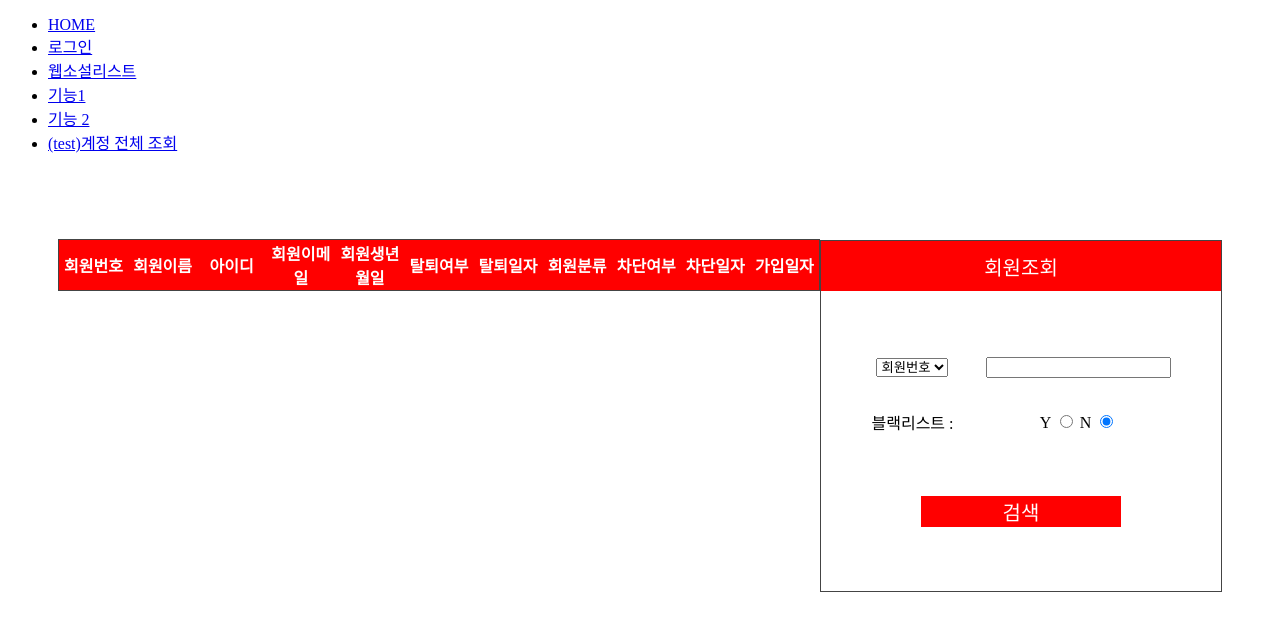
Repository: hoony0203/firstbook
Page: http://localhost/first_book/WEB-INF/views/admin/memberList.jsp
These files come from the project's save history. The page is drawn as it stood at one moment and after a run of saves; the edit follows.
The browser window is 1280 px wide. The pictures show the whole page.
The page is served by Tomcat 9. Nobody is signed in. Other server files are loaded and not shown. The template is opened directly, without the code that normally fills it, so the values that code supplies are empty.

Above is the page before, as saved 2021-04-10 07:26:32.

### first_book/web/WEB-INF/views/admin/memberList.jsp
<%@ page language="java" contentType="text/html; charset=UTF-8"
    pageEncoding="UTF-8"%>
<%@ taglib prefix="c" uri="http://java.sun.com/jsp/jstl/core" %>
<!DOCTYPE html>
<html>
<head>
<meta charset="UTF-8">
<title>Insert title here</title>
</head>

<link rel="stylesheet" href="/firstbook/resources/css/admin/memList.css">

<body>
	<jsp:include page="../common/header.jsp"></jsp:include>

	<aside>

		<div id="memSearchFormHead" class="inbox"> 회원조회 </div>

		<div id="memSearchFormBody" class="inbox">
		<form action="${ pageContext.servletContext.contextPath }/admin/search" method="get">

			<table class="memSearchTable">

					<c:choose>

						<c:when test="${ !empty requestScope.memSearchValue }">
							<tr>
								<td>

									<select id="memSearchCondition" name="memSearchCondition">

									<option value="memNum" <c:if test="${requestScope.memSearchCondition eq 'memNum' }">selected</c:if>>회원번호</option>
									<option value="name" <c:if test="${requestScope.memSearchCondition eq 'name' }">selected</c:if>>이름</option>
									<option value="email" <c:if test="${requestScope.memSearchCondition eq 'email' }">selected</c:if>>이메일</option>
									<option value="birthDate" <c:if test="${requestScope.memSearchCondition eq 'birthDate' }">selected</c:if> >생년월일</option>
									<option value="enrollDate" <c:if test="${requestScope.memSearchCondition eq 'enrollDate' }">selected</c:if> >가입일시</option>

									</select>
								</td>

								<td> <input type="search" id="memSearchValue" name="memSearchValue" value="${requestScope.memSearchValue}"></td>
							</tr>

							<tr>
								<td> <label>블랙리스트 : </label>  </td>
								<td>

								<label>Y </label><input type="radio" name="blockCheck">
								<label>N </label><input type="radio" name="blockCheck" checked="checked">

								</td>
							</tr>
							<tr></tr>


						</c:when>

						<c:otherwise>
							<tr>
								<td>
									<select id="memSearchCondition" name="memSearchCondition">

									<option value="memNum">회원번호</option>
									<option value="name">이름</option>
									<option value="email">이메일</option>
									<option value="birthDate">생년월일</option>
									<option value="enrollDate">가입일자</option>

									</select>
								</td>

								<td> <input type="search" id="memSearchValue" name="memSearchValue"></td>
							</tr>

							<tr>
								<td> <label>블랙리스트 : </label>  </td>
								<td>

								<label>Y </label><input type="radio" name="blockCheck">
								<label>N </label><input type="radio" name="blockCheck" checked="checked">

								</td>
							</tr>
							<tr></tr>
						</c:otherwise>

					</c:choose>




				<tfoot>
				<tr>
					<td colspan="2"> <button type="submit" class="btn">검색</button> </td>

				</tr>
				</tfoot>

			</table>

		</form>
		</div>


	</aside>


	<section>


	<table class="memList">

		<thead>
		<tr>
			<th>회원번호</th>
			<th>회원이름</th>
			<th>아이디</th>
			<th>회원이메일</th>
			<th>회원생년월일</th>
			<th>탈퇴여부</th>
			<th>탈퇴일자</th>
			<th>회원분류</th>
			<th>차단여부</th>
			<th>차단일자</th>
			<th>가입일자</th>

		</tr>
		</thead>

		<tbody>
		<c:forEach var="mem" items="${ requestScope.memList }">

			<tr>
				<td><c:out value="${ mem.memNum }"/></td>
				<td><c:out value="${ mem.memName }"/></td>
				<td><c:out value="${ mem.memId }"/></td>
				<td><c:out value="${ mem.memEmail }"/></td>
				<td><c:out value="${ mem.memBirthDate }"/></td>
				<td><c:out value="${ mem.memWithdrawYn }"/></td>
				<td><c:out value="${ mem.memWithdrawDate }"/></td>
				<td><c:out value="${ mem.memClass }"/></td>
				<td><c:out value="${ mem.memBlockYn }"/></td>
				<td><c:out value="${ mem.memBlockDate }"/></td>
				<td><c:out value="${ mem.memEnrollDate }"/></td>
			</tr>

		</c:forEach>
		</tbody>
	</table>
	</section>

	<script type="text/javascript">

		const link = "{ pageContext.servletContext.contextPath }/admin/list"
		const searchLink = "{ pageContext.servletContext.contextPath }/admin/search"

	</script>



</body>
</html>

### first_book/web/WEB-INF/views/common/header.jsp
<%@ page language="java" contentType="text/html; charset=UTF-8"
    pageEncoding="UTF-8"%>
<%@ taglib prefix="c" uri="http://java.sun.com/jsp/jstl/core" %>
<!DOCTYPE html>
<html>
<head>
<meta charset="UTF-8">



<title>Insert title here</title>

</head>
<body>
		<div class="menu-area">
		<div class="nav-area">
			<ul>
				<li><a href="${ pageContext.servletContext.contextPath }">HOME</a></li>
				<li><a href="${ pageContext.servletContext.contextPath }/member/login">로그인</a></li>
				<li><a href="${ pageContext.servletContext.contextPath }/webnovel/list">웹소설리스트</a></li>
				<li><a href="${ pageContext.servletContext.contextPath }/board/list">기능1</a></li>
				<li><a href="${ pageContext.servletContext.contextPath }/thmbnail/list">기능 2</a></li>
				<li><a href="${ pageContext.servletContext.contextPath }/admin/list">(test)계정 전체 조회</a></li>
			</ul>
		</div> <!-- nav-area end -->
	</div> <!-- menu-area end -->

</body>
</html>

### first_book/web/resources/css/admin/memList.css
@charset "UTF-8";
	section { margin-top: 85px; margin-left : 50px; }

	section table {	 text-align : center; border-collapse: collapse; border-spacing: 0; border: 1px solid #444444;}
	section table thead { background-color: red; color : white; }
	section table thead>tr>th { height : 40px; width: 100px;	}
	section table tbody>tr:nth-child(odd) { background-color: #CFCFCF; }


	aside { float:right; margin-top: 70px; margin-right : 50px; height : 350px; width : 400px; border: 1px solid #444444;}

	.inbox { display: -webkit-box; display: -moz-box; display: -ms-flexbox; display: flex; -webkit-box-align: center;
        -moz-box-align: center; -ms-flex-align: center; align-items: center; /* 수직 정렬 */
        -webkit-box-pack: center; -moz-box-pack: center; -ms-flex-pack: center; justify-content: center; /* 수평 정렬 */ }

	#memSearchFormHead { font-size : 20px; text-align : center; background-color: red;
		color : white; width : 400px; height: 50px; }

	#memSearchFormBody { margin-top: 20px; }

	.memSearchTable { margin-top : 15px; text-align: center; border-spacing: 30px;}

	.btn { font-size : 20px; border : 0px; outline : 0px; color : white; background-color: red; width: 200px;}
	.btn:hover { background-color: #333333; color: white;}

### first_book/web/WEB-INF/views/admin/adminHeader.jsp
<%@ page language="java" contentType="text/html; charset=UTF-8"
    pageEncoding="UTF-8"%>
<%@ taglib prefix="c" uri="http://java.sun.com/jsp/jstl/core" %>
<!DOCTYPE html>
<html>
<head>
<meta charset="UTF-8">



<title>Insert title here</title>

</head>
<body>
		<div class="menu-area">
		<div class="nav-area">
			<ul>
				<li><a href="${ pageContext.servletContext.contextPath }/admin/memlist">회원 조회</a></li>
				<li><a href="${ pageContext.servletContext.contextPath }/admin/webNovel">웹소설관리</a></li>
				<li><a href="${ pageContext.servletContext.contextPath }/board/list">기능1</a></li>
				<li><a href="${ pageContext.servletContext.contextPath }/thmbnail/list">기능 2</a></li>
			</ul>
		</div> <!-- nav-area end -->
	</div> <!-- menu-area end -->

</body>
</html>

After the next 3 saves:
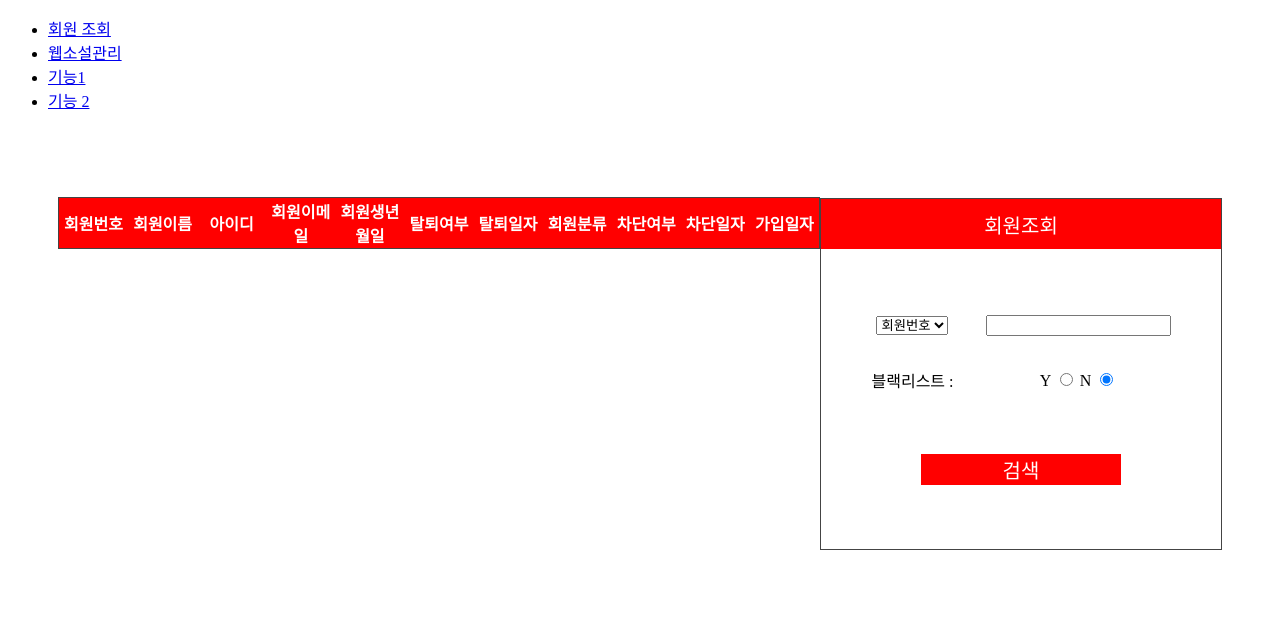
The 3 saves are shown as one change because 1 did not build or start and some came seconds apart.
The last was saved 2 min 0 s later.
--- a/first_book/web/WEB-INF/views/admin/memberList.jsp
+++ b/first_book/web/WEB-INF/views/admin/memberList.jsp
@@ -11,7 +11,7 @@
 <link rel="stylesheet" href="/firstbook/resources/css/admin/memList.css">
 
 <body>
-	<jsp:include page="../common/header.jsp"></jsp:include>
+	<jsp:include page="adminHeader.jsp"></jsp:include>
 
 	<aside>
 
